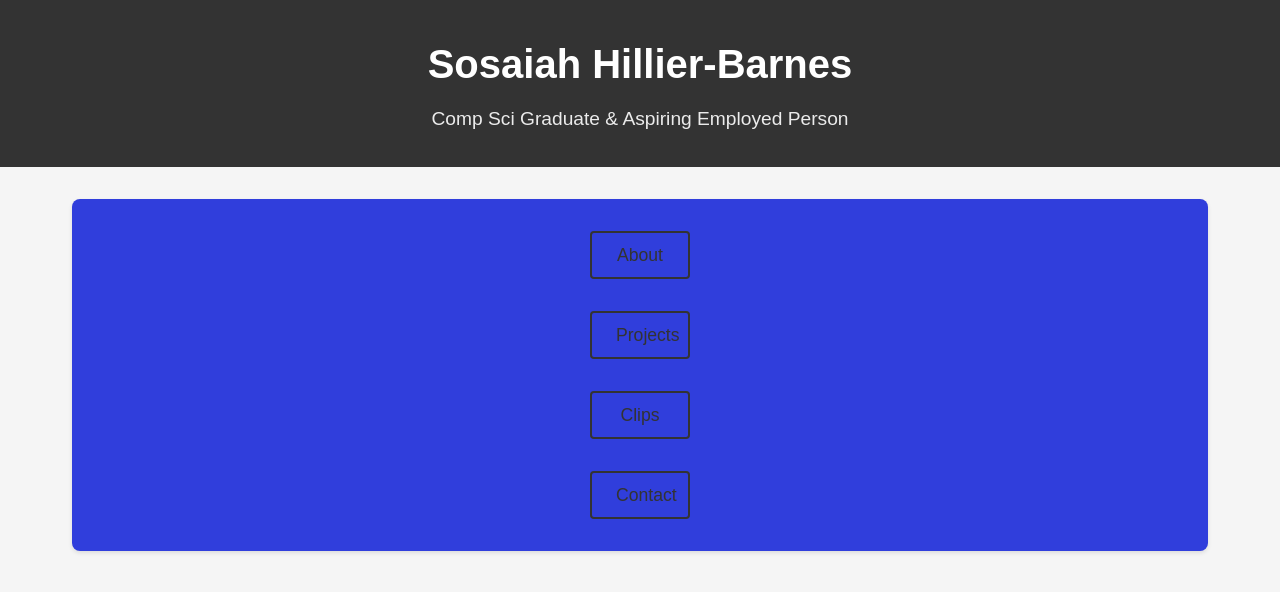
Repository: Hillier-Barnes/PortfolioWebsiteNew
Page: /
The author's editor kept a copy of each file at every save. The page is drawn from the files as they stood at one save, then again after the next save.
The browser window is 1280 px wide. The pictures show the whole page.
The project was rebuilt for these pictures with package versions that can differ from the ones it lists, and the page was loaded fresh each time. Also part of the build but not shown: vite.config.js.

Above is the page before, as saved 2025-11-12 14:39:02.

After the next save:
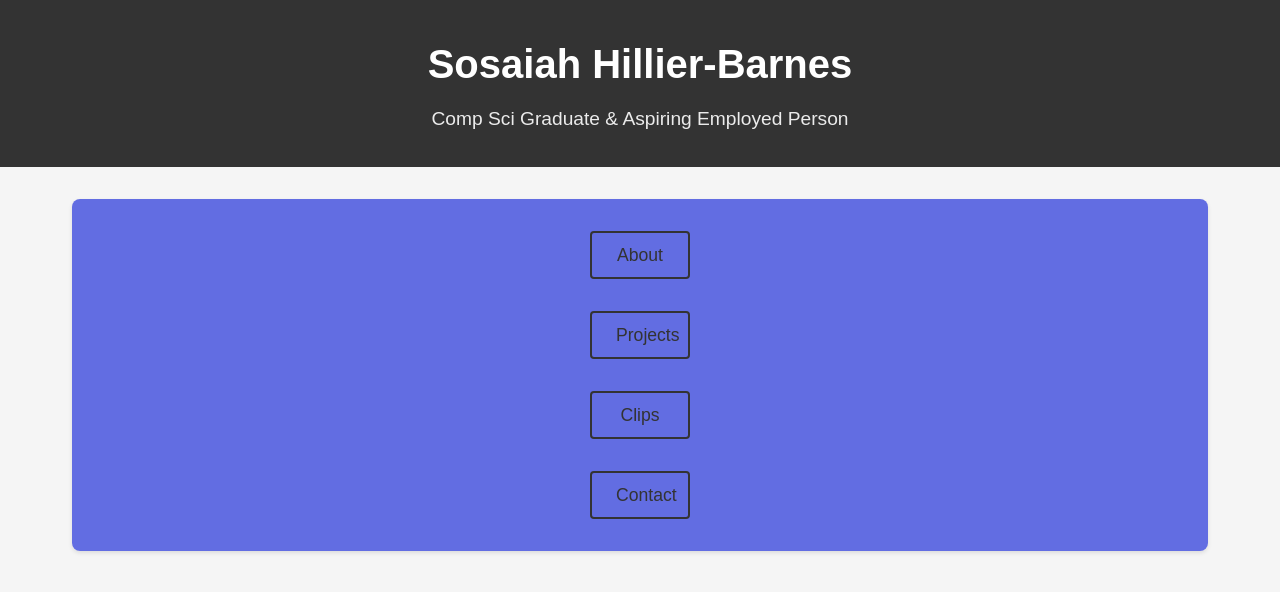
Saved 6 s later.
--- a/styles.css
+++ b/styles.css
@@ -44,7 +44,7 @@ nav {
   align-items: center;
   gap: 2rem;
   padding: 2rem;
-  background-color: rgb(48, 62, 220);
+  background-color: rgba(48, 62, 220, 0.74);
   border-radius: 8px;
   box-shadow: 0 2px 4px rgba(0,0,0,0.1);
 }
